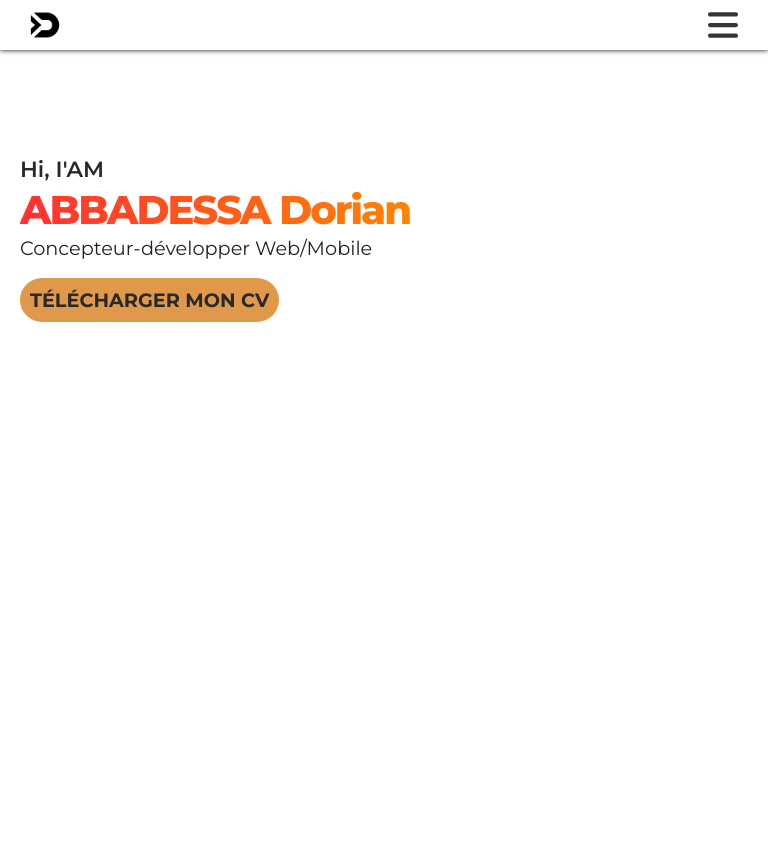
Repository: DorianABDS/Portfolio-ABBADESSA-Dorian
Page: index.html
The author's editor kept a copy of each file at every save. The page is drawn from the files as they stood at one save, then again after the next save.
The browser window is 768 px wide. The pictures show the whole page.

Above is the page before, as saved 2024-11-26 23:52:14.

### index.html
<!DOCTYPE html>
<html lang="fr">
<head>
    <meta charset="UTF-8">
    <meta name="viewport" content="width=device-width, initial-scale=1.0">
    <meta charset="UTF-8">
    <meta name="viewport" content="width=device-width, initial-scale=1.0">
    <meta name="keywords" content="Portfolio, ABBADESSA Dorian, Web developper">
    <title>ABBADESSA Dorian - Portfolio</title>
    <link rel="shortcute icon" href="/src/img/Logo Div.png">
    <link rel="stylesheet" href="style.css">
</head>
<body>
    <header class="header">
        <nav class="navbar">
            <a href="index.html" class="logo"><img src="/src/img/Logo plat Div noir.png" alt=""></a>
            <div class="nav-links">
                <ul>
                    <li><a href="index.html">Accueil</a></li>
                    <li><a href="articles.html">Articles</a></li>
                    <li><a href="apropos.html">À propos</a></li>
                    <li><a href="contact.html">Contact</a></li>
                </ul>
            </div>
            <img src="/src/img/bars-solid.svg" alt="menu hamburger" class="menu-hamburger">
        </nav>
        <!-- <div class="social">
            <a href="#" title="Facebook"><img src="/src/img/icone Github.png" alt=""></a>
            <a href="#" title="Twitter"><img src="src/img/icone Linkedin.png" alt=""></a>
        </div> -->
    </header>
    <main>
        <section class="accueil">
            <div class="contrainer-accueil">
                <h2>Hi, I'AM</h2>
                <h1><span>ABBADESSA Dorian</span></h1>
                <p>Concepteur-développer Web/Mobile</p>
                <a href="#">télécharger mon cv</a>
            </div>
        </section>
    </main>
</body>
<script>
    const menuHamburger = document.querySelector(".menu-hamburger")
    const navLinks = document.querySelector(".nav-links")
    const social = document.querySelector(".social")

    menuHamburger.addEventListener('click',()=>{
    navLinks.classList.toggle('mobile-menu')
    })
</script>
</html>

### style.css
@font-face {
    font-family: "Montserrat";
    src: url(/src/font/Montserrat-VariableFont_wght.ttf);
}

* {
    margin: 0;
    padding: 0;
    text-decoration: none;
    list-style: none;
    box-sizing: border-box;

}

html, body {
    font-size: 19.3px;
    color: rgba(0, 0, 0, .87);
    background-color: #fff;
    font-family: "Montserrat", sans-serif;
    line-height: 1.8;
    font-weight: 400;
}

.navbar {
    background: rgb(255, 255, 255);
    backdrop-filter: blur(10px);
    box-shadow: 0 0 5px rgb(0, 0, 0);;
    top: 0;
    left: 0;
    height: 50px;
    width: auto;
    position: fixed;
    padding-left: 30px;
    padding-right: 61px;
    width: 100%;
    display: flex;
    justify-content: space-between;
    align-items: center;
    z-index: 1;
}

.navbar a {
    color: #292929;
    font-weight: 700;
    display: inline;
}

.navbar .nav-links ul li a::after {
    content: "";
    display: block;
    height: 2px;
    background: rgb(255, 255, 255);
    transform: scale(0);
    transition: transform 0.2s ease-in-out;
}

.navbar .nav-links ul li a:hover::after {
    transform: scale(1);
}

.navbar .logo {
    transform: none;
    font-weight: 700;
}

.navbar .nav-links ul {
    display: flex;
    align-items: center;
}

.navbar .nav-links ul li {
    display: flex;
    margin: 0 25px;
}

.navbar .nav-links ul li img {
    display: flex;
    padding: -20px;
    margin-left: -23px;
}

.navbar .menu-hamburger {
    display: none;
    position: absolute;
    top: 8px;
    right: 30px;
    width: 30px;
}

.social a {
    border: solid;
}

.accueil {
    padding-top: 100px;
    margin-top: 50px;
    width: 100%;
    height: 100vh;
}

.contrainer-accueil {
    padding-left: 20px;
}

.contrainer-accueil a {
    color: #292929;
    text-transform: uppercase;
    font-weight: 700;
    font-size: 19.3px;
    padding: 10px;
    border-radius: 50px;
    border: 0;
    background-color: #E0984A;
}

@media  screen and (max-width: 814px) {
    .navbar .menu-hamburger {
        display: block;
    }

    .nav-links.mobile-menu {
        margin-left: 0;
    }

    .navbar {
        padding: 0;
    }

    .navbar .logo {
        padding-left: 20px;
    }

    .navbar .logo img {
        display: flex;
        align-items: center;
        width: 50px;
    }

    .nav-links {
        position: absolute;
        background-color: rgba(255, 255, 255, 0.12);
        backdrop-filter: blur(8px);
        top: 0;
        left: 0;
        width: 100%;
        height: 100vh;
        display: flex;
        justify-content: center;
        align-items: center;
        margin-left: 100%;
        transition: all 0.5s ease;
    }

    .nav-links ul {
        display: flex;
        flex-direction: column;
        align-items: center;
    }

    .navbar .nav-links ul li {
        margin: 15px 0;
        font-size: 1.2em;
    }

    .accueil h2 {
        font-size: 22px;
        font-weight: 600;
        color: #292929;
    }

    .accueil h1 {
        display: inline-block;
        padding-right: 20px;
        line-height: 100%;
        font-size: 40px;
        letter-spacing: -2px;
        font-weight: 800;
        background: linear-gradient(90deg, rgba(255,50,50,1) 0%, rgba(255,136,0,1) 100%);
        -webkit-background-clip: text;
        -webkit-text-fill-color: transparent;
    }

    .accueil p {
        line-height: 150%;
        padding-right: 20px;
        margin-bottom: 20px;
    }

    .contrainer-accueil a {
        margin-top: 30px;
    }
}

### src/img/bars-solid.svg
<svg xmlns="http://www.w3.org/2000/svg" viewBox="0 0 448 512" fill="#353535"><!--!Font Awesome Free 6.7.0 by @fontawesome - https://fontawesome.com License - https://fontawesome.com/license/free Copyright 2024 Fonticons, Inc.--><path d="M0 96C0 78.3 14.3 64 32 64l384 0c17.7 0 32 14.3 32 32s-14.3 32-32 32L32 128C14.3 128 0 113.7 0 96zM0 256c0-17.7 14.3-32 32-32l384 0c17.7 0 32 14.3 32 32s-14.3 32-32 32L32 288c-17.7 0-32-14.3-32-32zM448 416c0 17.7-14.3 32-32 32L32 448c-17.7 0-32-14.3-32-32s14.3-32 32-32l384 0c17.7 0 32 14.3 32 32z"/></svg>

After the next save:
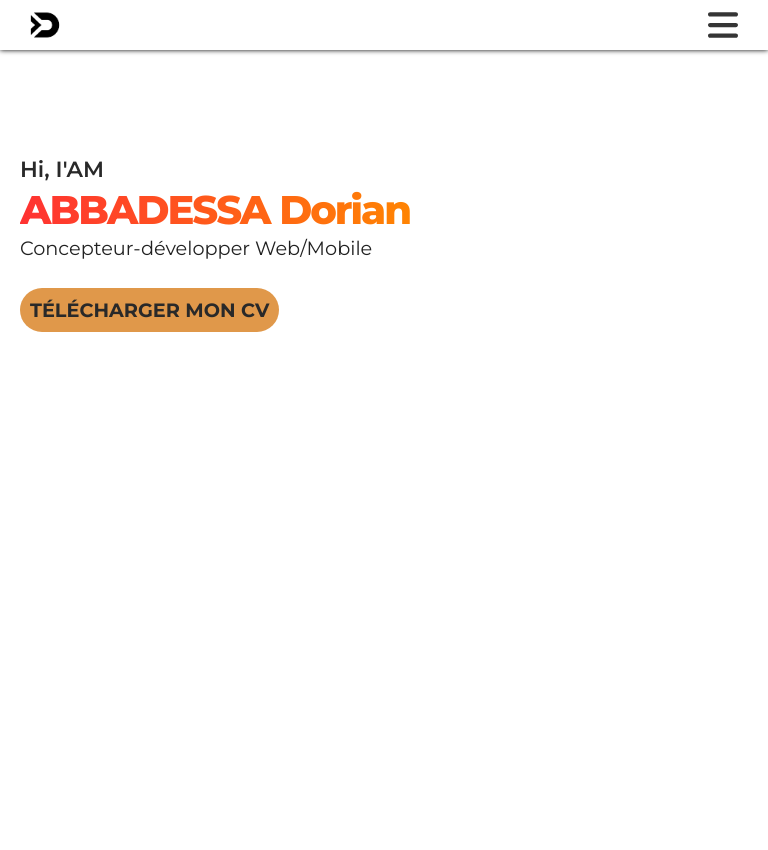
Saved 6 s later.
--- a/style.css
+++ b/style.css
@@ -183,7 +183,7 @@ html, body {
     .accueil p {
         line-height: 150%;
         padding-right: 20px;
-        margin-bottom: 20px;
+        margin-bottom: 30px;
     }
 
     .contrainer-accueil a {
